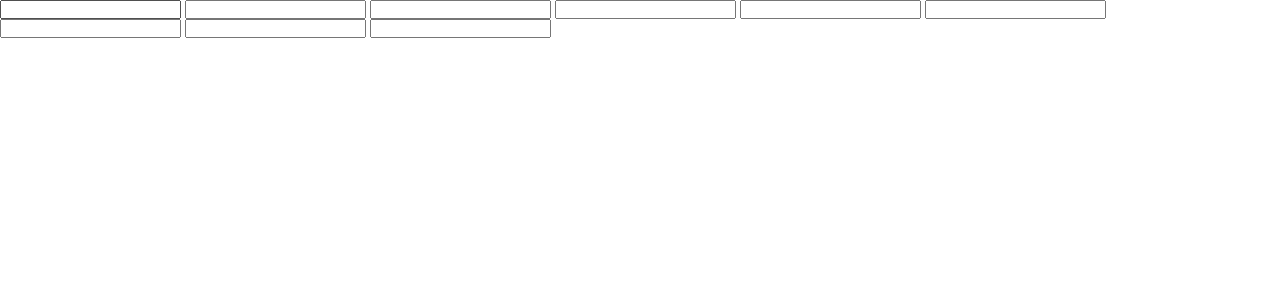
Repository: pattypetrikova/sudoku
Page: index.html
The author's editor kept a copy of each file at every save. The page is drawn from the files as they stood at one save, then again after the next save.
The browser window is 1280 px wide. The pictures show the whole page.

Above is the page before, as saved 2022-12-30 10:03:06.

### index.html
<!DOCTYPE html>
<html lang="en">
<head>
    <meta charset="UTF-8">
    <meta http-equiv="X-UA-Compatible" content="IE=edge">
    <meta name="viewport" content="width=device-width, initial-scale=1.0">
    <link rel="stylesheet" href="./assets/style.css">
    <title>Sudoku</title>
</head>
<body>
    <main class="background">
        <div class="game">
            <div class="head">
                <div class="title"></div>
                <div class="buttons"></div>
            </div>
            <div class="game-board">
                <form action="">
                    <input type="text">
                    <input type="text">
                    <input type="text">
                    <input type="text">
                    <input type="text">
                    <input type="text">
                    <input type="text">
                    <input type="text">
                    <input type="text">
                </form>
            </div>
            <div class="footer">
                <div class="footer-buttons">

                </div>
            </div>
        </div>
    </main>
</body>
</html>

### assets/style.css
/* reset */
* {
    margin: 0;
    padding: 0;
}

After the next save:
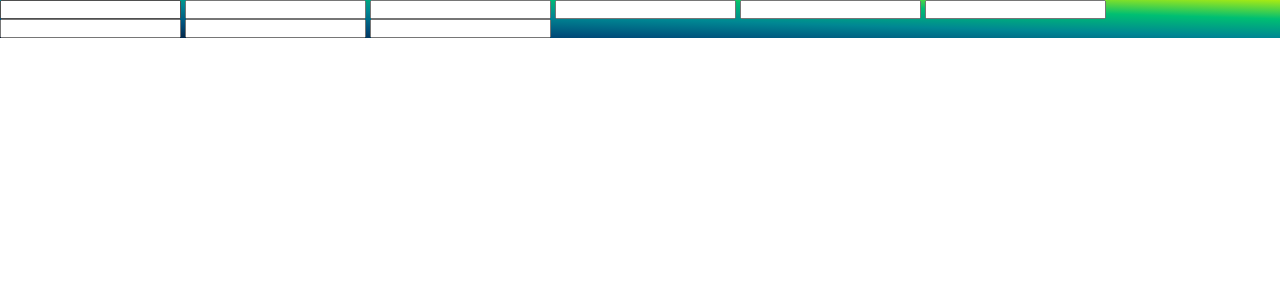
Saved 47 s later.
--- a/assets/style.css
+++ b/assets/style.css
@@ -1,5 +1,12 @@
-/* reset */
+/* simple reset */
 * {
     margin: 0;
     padding: 0;
+    box-sizing: border-box;
 }
+
+/* project styles */
+
+.background {
+    background-image: linear-gradient(to right top, #051937, #004d7a, #008793, #00bf72, #a8eb12);
+}
